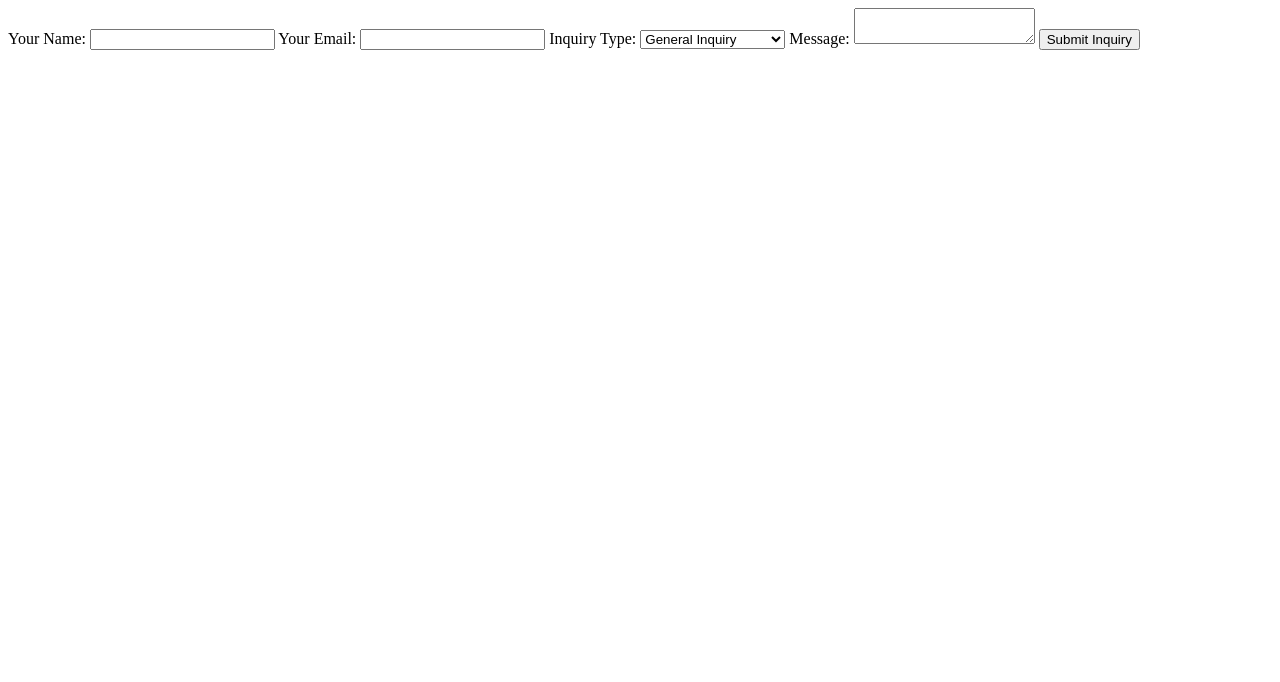
Repository: Jamil-cyber-hash/INSANITY
Page: http://localhost/inquiry.php
These files come from the project's save history. The page is drawn as it stood at one moment and after the next save; the edit follows.
The browser window is 1280 px wide. The pictures show the whole page.
The page is run by PHP 8.4 with error messages shown; the project is at /var/www/html/.

Above is the page before, as saved 2025-03-23 21:15:03.

### inquiry.php
<form action="submit_inquiry.php" method="POST">
    <label for="name">Your Name:</label>
    <input type="text" id="name" name="name" required>

    <label for="email">Your Email:</label>
    <input type="email" id="email" name="email" required>

    <label for="inquiry_type">Inquiry Type:</label>
    <select id="inquiry_type" name="inquiry_type" required>
        <option value="General">General Inquiry</option>
        <option value="Obituary">Obituary Submission</option>
    </select>

    <label for="message">Message:</label>
    <textarea id="message" name="message" required></textarea>

    <button type="submit">Submit Inquiry</button>
</form>

After the next save:
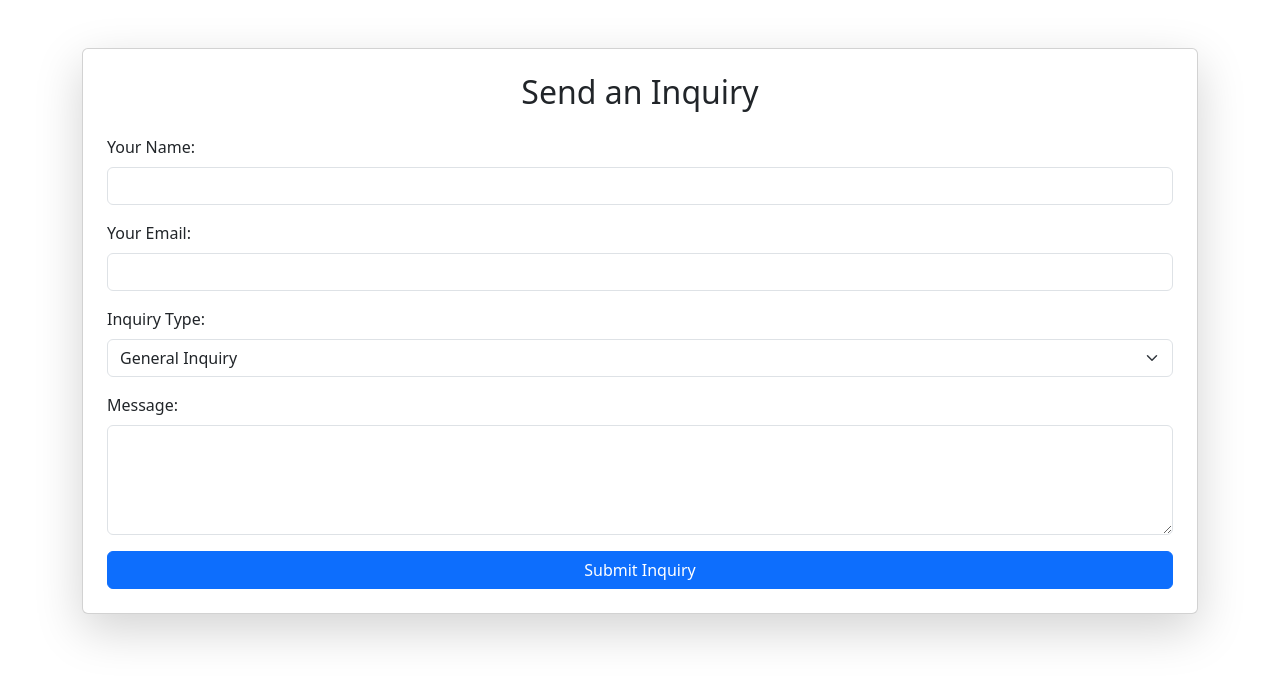
Saved 39 min 41 s later.
--- a/inquiry.php
+++ b/inquiry.php
@@ -1,18 +1,44 @@
-<form action="submit_inquiry.php" method="POST">
-    <label for="name">Your Name:</label>
-    <input type="text" id="name" name="name" required>
+<!DOCTYPE html>
+<html lang="en">
+<head>
+    <meta charset="UTF-8">
+    <meta name="viewport" content="width=device-width, initial-scale=1.0">
+    <title>Inquiry Form</title>
+    <link href="https://cdn.jsdelivr.net/npm/bootstrap@5.3.0/dist/css/bootstrap.min.css" rel="stylesheet">
+</head>
+<body>
+    <div class="container mt-5">
+        <div class="card shadow-lg p-4">
+            <h2 class="text-center mb-4">Send an Inquiry</h2>
+            <form action="submit_inquiry.php" method="POST">
+                <div class="mb-3">
+                    <label for="name" class="form-label">Your Name:</label>
+                    <input type="text" id="name" name="name" class="form-control" required>
+                </div>
 
-    <label for="email">Your Email:</label>
-    <input type="email" id="email" name="email" required>
+                <div class="mb-3">
+                    <label for="email" class="form-label">Your Email:</label>
+                    <input type="email" id="email" name="email" class="form-control" required>
+                </div>
 
-    <label for="inquiry_type">Inquiry Type:</label>
-    <select id="inquiry_type" name="inquiry_type" required>
-        <option value="General">General Inquiry</option>
-        <option value="Obituary">Obituary Submission</option>
-    </select>
+                <div class="mb-3">
+                    <label for="inquiry_type" class="form-label">Inquiry Type:</label>
+                    <select id="inquiry_type" name="inquiry_type" class="form-select" required>
+                        <option value="General">General Inquiry</option>
+                        <option value="Obituary">Obituary Submission</option>
+                    </select>
+                </div>
 
-    <label for="message">Message:</label>
-    <textarea id="message" name="message" required></textarea>
+                <div class="mb-3">
+                    <label for="message" class="form-label">Message:</label>
+                    <textarea id="message" name="message" class="form-control" rows="4" required></textarea>
+                </div>
 
-    <button type="submit">Submit Inquiry</button>
-</form>
+                <button type="submit" class="btn btn-primary w-100">Submit Inquiry</button>
+            </form>
+        </div>
+    </div>
+
+    <script src="https://cdn.jsdelivr.net/npm/bootstrap@5.3.0/dist/js/bootstrap.bundle.min.js"></script>
+</body>
+</html>
